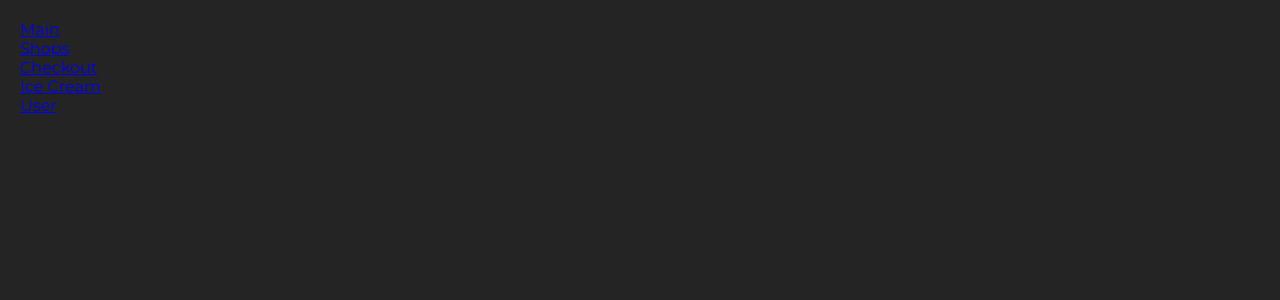
Repository: squirrellypenguin/Frozzy-React-Frontend
Page: /user
An editor plug-in stored every save of this project. The page is shown before and after the next save, followed by the edit.
The browser window is 1280 px wide. The pictures show the whole page.
The page's requests for data from a server got no answer. The project was rebuilt for these pictures with package versions that can differ from the ones it lists, and the page was loaded fresh each time. No one was signed in, and anything a server would have sent is missing. Also part of the build but not shown: src/pages/checkout.js, src/pages/icecream.js, src/pages/edituser.js, src/pages/shop.js. Imported but missing from the stored project, and not drawn on this page: src/pages/main.

Above is the page before, as saved 2021-05-25 15:24:09.

### public/index.html
<!DOCTYPE html>
<html lang="en">
  <head>
    <meta charset="utf-8" />
    <link rel="icon" href="%PUBLIC_URL%/favicon.ico" />
    <meta name="viewport" content="width=device-width, initial-scale=1" />
    <meta name="theme-color" content="#000000" />
    <meta
      name="description"
      content="Web site created using create-react-app"
    />
    <link rel="apple-touch-icon" href="%PUBLIC_URL%/logo192.png" />
    <link rel="preconnect" href="https://fonts.gstatic.com">
<link href="https://fonts.googleapis.com/css2?family=Montserrat:wght@300;400;500;600&display=swap" rel="stylesheet">
    <!--
      manifest.json provides metadata used when your web app is installed on a
      user's mobile device or desktop. See https://developers.google.com/web/fundamentals/web-app-manifest/
    -->
    <link rel="manifest" href="%PUBLIC_URL%/manifest.json" />
    <!--
      Notice the use of %PUBLIC_URL% in the tags above.
      It will be replaced with the URL of the `public` folder during the build.
      Only files inside the `public` folder can be referenced from the HTML.

      Unlike "/favicon.ico" or "favicon.ico", "%PUBLIC_URL%/favicon.ico" will
      work correctly both with client-side routing and a non-root public URL.
      Learn how to configure a non-root public URL by running `npm run build`.
    -->
    <title>React App</title>
  </head>
  <body>
    <noscript>You need to enable JavaScript to run this app.</noscript>
    <div id="root"></div>
    <!--
      This HTML file is a template.
      If you open it directly in the browser, you will see an empty page.

      You can add webfonts, meta tags, or analytics to this file.
      The build step will place the bundled scripts into the <body> tag.

      To begin the development, run `npm start` or `yarn start`.
      To create a production bundle, use `npm run build` or `yarn build`.
    -->
  </body>
</html>

### src/index.js
import React from 'react';
import ReactDOM from 'react-dom';
import './index.css';
import App from './App';
import reportWebVitals from './reportWebVitals';
import { BrowserRouter as Router} from 'react-router-dom'



ReactDOM.render(
  <Router>
    <React.StrictMode>
      <App />
    </React.StrictMode>
  </Router>,
  document.getElementById('root')
);

// If you want to start measuring performance in your app, pass a function
// to log results (for example: reportWebVitals(console.log))
// or send to an analytics endpoint. Learn more: https://bit.ly/CRA-vitals
reportWebVitals();

### src/index.css


:root {
  --main-white:  #ededed;
  --main-black: #242424;
  --main-grey: #909294;
  --main-red: #EE4540;
}
body {
  margin: 0; /* <-- Codys code */
  font-family: 'Montserrat'; /* <-- Codys code */
  /* font-family: -apple-system, BlinkMacSystemFont, 'Segoe UI', 'Roboto', 'Oxygen',
    'Ubuntu', 'Cantarell', 'Fira Sans', 'Droid Sans', 'Helvetica Neue',
    sans-serif; */
  -webkit-font-smoothing: antialiased;
  -moz-osx-font-smoothing: grayscale;
}


#main-image-container {
  /* border: 2px solid red; */
  height: 600px;
  background: var(--main-black);
  display: flex;
  justify-content: center;
  width: 100%;
  margin: 0 auto;
}

/* ----------- can delete BLACK-BACKGROUND when moved into JSX -------------- */
#black-background {
  /* border: 2px solid hotpink; */
  background: var(--main-black);
  height: 1000px;
}
/* ----------- can delete BLACK-BACKGROUND when moved into JSX -------------- */

#main-background {
  /* border: 2px solid hotpink; */
  /* height: 1500px; */
  /* transform: scale(1.3); */
}

#main-logo-container {
  /* border: 2px solid hotpink; */
  display: flex;
  justify-content: center;
  position: relative;
  bottom: 350px;
  overflow: hidden;
  width: 100%;
  transform: scale(.7);
}

#main-logo {
  /* border: 2px solid rgb(47, 226, 236); */
  transform: scale(.7);
}

#main-greeting-container {
  /* border: 2px solid red; */
  position: relative;
  bottom: 230px;
  color: var(--main-grey);
  font-family: 'Montserrat';
  font-size: .7em;
  text-align: center;
  width: 60%;
  margin: 0 auto;
}

#main-login-button-container {
  /* border: 2px solid red; */
  margin: 0 auto;
  display: flex;
  flex-direction: column;
  justify-content: center;
  width: 60%;
  position:relative;
  bottom: 200px;
}
#main-login-button {
  /* border: 2px solid red; */
  /* display: flex; */
  /* justify-content: center; */
  border: none;
  height: 40px;
  border-radius: 20px;
  background: var(--main-red);
  color: var(--main-white);
  font-family: 'Montserrat';
}
#main-login-button:hover {
  background: var(--main-black);
  border: 1px solid var(--main-grey)
}

#page-container{
/* border: 2px solid red; */
background-color: var(--main-black);
/* height: 1800px; */
/* width: 100%; */
}


#ic-image-container {
  /* border: 2px solid red; */
  /* margin: 0 auto;  */
  /* width: 100vw;  */
  /* overflow: hidden; */
}

#ic-photo {
  /* border: 2px solid red; */
  width: 100%;
  height: auto;
  background-image: cover;
}

.fav-icon {
  /* border: 2px solid red; */
  position: relative;
  bottom: 25px;
  left: 150px;
  transform: scale(1.7);
  filter: drop-shadow(0px 3px 1.5px red);
}

/* ---------------------- Middle Name/price/star section-------------------- */
#ic-name h2{
  /* border: 2px solid red; */
  margin: 0 0 0 10px;
  position: relative;
  bottom: 15px;
  width: 80%;
  color: var(--main-white);
  text-align: left;
}
#ic-stars-container{
  /* border: 2px solid red; */
  width: 100%;
  /* margin: 0; */
  padding: 0 0 0 6px;
  position: relative;
  bottom: 17px;
}
#ic-stars {
  /* border: 2px solid hotpink; */
  text-align: left;
}

#ic-stars img {
  /* border: 2px solid hotpink; */
  transform: scale(.7);

}
#ic-stars img:hover {
  transform: scale(.85);
}

#ic-price {
  /* border: 2px solid red; */
  color: var(--main-white);
  width: 150px;
  text-align: center;
  position: relative;
  left: 210px;
  bottom: 40px;
}

/* ---------------------- Middle Description area-------------------- */
#ic-description-container {
  /* border: 2px solid red; */
  width: 90%;
  margin: 0 auto;
  padding-bottom:15px;
  text-align: left;
  position: relative;
  bottom: 40px;
}

#ic-description-heading {
  /* border: 2px solid red; */
  color: var(--main-white);
}

#ic-description-copy {
  /* border: 2px solid red; */
  color: var(--main-grey);
  padding-bottom: 30px;
  border-bottom: 1px solid var(--main-grey);
}

/* ---------------------- Lower Customize area-------------------- */
#ic-customize-container {
  /* border: 2px solid red; */
  width: 90%;
  height: 200px;
  margin: 0 auto;
  padding-bottom:15px;
}

#ic-customize-heading {
  /* border: 2px solid red; */
  width: 90%;
  margin: 0;
  color: var(--main-white);
  margin-bottom: 20px;
  text-align: left;
}

#ic-customize-dropdown-container {
  /* border: 2px solid red;  */
}

 .ic-customize-dropdown {
   /* border: 2px solid red; */
   display: block;
   width: 100%;
   height: 50px;
   color: var(--main-grey);
   text-align: center;
   font-size: 1em;
   border-radius: 5px;
   background-color: var(--main-white);
   margin: 10px 0 10px 0;
   font-family: 'Montserrat';
 }
 .ic-customize-dropdown:hover {
 background: var(--main-black);
}

### src/App.js
import { Switch,Route } from 'react-router-dom';
import './App.css';
import Checkout from './pages/checkout'
import Main from './pages/main'
import Creem from './pages/icecream'
import User from './pages/user'
import Shop from './pages/shop'
import Nav from './components/nav'
import React from 'react';
import Edituser from './pages/edituser'


function App() {
  const url = "https://frozzybe.herokuapp.com"

  // State that will hold shops
  const [shops, setShops] = React.useState([])
  // State to hold ice cream flavors
  const [creems, setCreems] = React.useState([])
  const [edit, setEdit] = React.useState()

  const selectedEdit = (user) => {
    setEdit(user)
  }


  let [users, setUsers] = React.useState([])
  const getUsers = async () => {
    const response = await fetch(url + "/user");
    console.log(response)
    const data = await response.json();
   console.log("read for this", data)
    setUsers(data)
  };


  const deleteUser = (user) => {
    fetch(url + "/user/" + user._id, {
      method: "delete"
    })
    .then(() => {
      getUsers()
    })
  }
  //state to hold ratings
  const [ratings, setRatings] = React.useState([])

  // variable to hold to Empty flavor
  const emptyCreem = {
    rating: [],
    name: "",
    img:  "",
    story: "",
    cost: 0,
  }


  //empty rating variable
  const emptyRating = {
    rating: 0
  }




  // state that represents selected flavor
  const [selectedCreem, setSelectedCreem] = React.useState(emptyCreem)
const [cart, setCart] = React.useState([])
  // state for rating
  const [selectedRating, setselectedRating] = React.useState(emptyRating)

  const selectCart = (creem, index) => {
    console.log("lifted State", creem)
    setCart([...cart, creem])
  //  handleRatingUpdate(rating, id)
  }

  const removeFromCart = (pos) => {
    console.log("pos",pos)
    const updatedCart = cart.filter((flavor, index) => index !== pos)
    setCart(updatedCart)
  }

  // function that will get all the flavors
  const getCreems = () => {
    fetch(url + "/creem/")
    .then((response) => response.json())
    .then((data) => {
      setCreems(data)
    })
  }



  // function to get all shops
  const getShops = () => {
    fetch(url + "/store/")
    .then((response) => response.json())
    .then((data) => {
      setShops(data)
    })
  }

  // function to get ratings
  const getRating = () => {
    fetch(url + "/creem" + "/rating")
    .then((response) => response.json())
    .then((data) => {
      setRatings(data)
      console.log("ratings", setRatings)
    })
  }

  //useEffect to get shop data
  React.useEffect(() =>{
    getShops()
    getUsers();
  }, [])

  //useEffect to get the flavor data right away
  React.useEffect(() => {
    getCreems()
  }, [])

  // handleCreate function for form submission of
 const handleCreate = (newCreem) => {
    fetch(url + "/creem/", {
      method: "POST",
      headers: {
        "Content-type": "application/json"
      },
      body: JSON.stringify(newCreem)
    })
    .then(() => getCreems())
  }

  // handleUpdate function for when edit form is sumbitted
  const handleUpdate = (creem) => {
    fetch(url + "/creem/" + creem, {
      method: "PUT",
      headers: {
        "Content-Type": "application/json"
      },
      body: JSON.stringify(creem)
    })
    .then(() => getCreems())
  }

  const handleEdit = (user) => {
    fetch(url + "/user/" + user._id, {
      method: "PUT",
      headers: {
        "Content-Type": "application/json"
      },
      body: JSON.stringify(user)
    })
    .then(() => getUsers())
  }


  // handleUpdate function for form submission on rating
  const handleRatingUpdate = (rating, id) => {
    let body = { rating: rating}
    fetch(url + "/creem/rating/" + id, {
      method: "PUT",
      headers: {
        "Content-Type":"application/json"
      },
      body: JSON.stringify(body)
    })
    .then(() => getRating())
  }

  // function to specifiy the flavor being updated
  const selectCreem = (creem) => {
    setSelectedCreem(creem)
  }


  //function to specify which rating is being updated
  const selectRating = (rating, id) => {
    console.log("lifted State")
    console.log(id, rating)
   handleRatingUpdate(rating, id)
  }

  // function to delete individual flavors
  const deleteCreem = (creem) => {
    fetch(url + "/creem/" + creem._id, {
      method: "delete"
    })
    .then(() => {
      getCreems()
    })
  }

  return (
    <div className="App">
      <Nav />
      <Switch>
        <Route exact path="/" render={(rp) =>
          <Main
          {...rp}
          shops={shops}
           />} />
        <Route exact path="/shop" render={(rp) =>
          <Shop
          {...rp}
          shops={shops}
          />} />
        <Route path="/checkout" render={(rp) =>
          <Checkout
          {...rp}
          cart={cart}
          creem={creems}
          selectedCreem={selectedCreem}
          removeFromCart={removeFromCart}
          handleSubmit={handleUpdate}
          deleteCreem={deleteCreem}
          selectCreem={selectCreem}
          />} />

         <Route exact path="/icecream" render={(rp) =>
          <Creem
          {...rp}
          handleRatingSubmit={handleRatingUpdate}
          selectRating={selectRating}
          selectCart={selectCart}
          creems={creems}
          // selectedRating={selectedRating}
          handleSubmit={handleUpdate}
          // selectRating={selectRating}

          />} />

<Route exact path="/user" render={(rp) =>
          <User  {...rp} users={users}    selectedEdit={selectedEdit}    deleteUser={deleteUser}   />

} />
    <Route
            exact
            path="/edit"
            render={(rp) => (
              <Edituser
              {...rp}
              label="update"
              user={edit}

              handleSubmit={handleEdit} />
            )}
          />
      </Switch>
    </div>
  )
}

export default App;

### src/App.css
body {

  background-color: #242424;
}

.App-logo {
  height: 40vmin;
  pointer-events: none;
}

@media (prefers-reduced-motion: no-preference) {
  .App-logo {
    animation: App-logo-spin infinite 20s linear;
  }
}

.App-header {
  background-color: #282c34;
  min-height: 100vh;
  display: flex;
  flex-direction: column;
  align-items: center;
  justify-content: center;
  font-size: calc(10px + 2vmin);
  color: white;
}

.App-link {
  color: #61dafb;
}

@keyframes App-logo-spin {
  from {
    transform: rotate(0deg);
  }
  to {
    transform: rotate(360deg);
  }
}
/* // Sample code suplpied from  */
/* // https://codepen.io/jamesbarnett/pen/vlpkh */

@import url(//netdna.bootstrapcdn.com/font-awesome/3.2.1/css/font-awesome.css);

fieldset, label { margin: 0; padding: 0; }
body{ margin: 20px; }
h1 { font-size: 1.5em; margin: 10px; }

/****** Style Star Rating Widget *****/

.rating {
  border: none;
  float: left;
}

.rating > input { display: none; }
.rating > label:before {
  margin: 5px;
  font-size: 1.25em;
  font-family: FontAwesome;
  display: inline-block;
  content: "\f005";
}

.rating > .half:before {
  content: "\f089";
  position: absolute;
}

.rating > label {
  color: #ddd;
 float: right;
}

/***** CSS Magic to Highlight Stars on Hover *****/

.rating > input:checked ~ label, /* show gold star when clicked */
.rating:not(:checked) > label:hover, /* hover current star */
.rating:not(:checked) > label:hover ~ label { color: #FFD700;  } /* hover previous stars in list */

.rating > input:checked + label:hover, /* hover current star when changing rating */
.rating > input:checked ~ label:hover,
.rating > label:hover ~ input:checked ~ label, /* lighten current selection */
.rating > input:checked ~ label:hover ~ label { color: #FFED85;  }


/* USer forms */


.container {
  display: grid;

}

.form {
  list-style: none;
}

.form-header {
  color: #EE4540;
  text-shadow: rgb(237, 237, 237, .35) 0px 0px .5px,   rgb(237, 237, 237, .35) 0px 0px .5px,   rgb(237, 237, 237, .35) 0px 0px .5px,
             rgb(237, 237, 237, .35) 0px 0px .5px,   rgb(237, 237, 237, .35) 0px 0px .5px,   rgb(237, 237, 237, .35) 0px 0px .5px;
}

.form li {
  padding-bottom: 10px;

}

.form li input {
  border: none;
  border-bottom: 2px solid #EE4540;

  color: #ededed;
  background: -webkit-linear-gradient(360deg ,#1c1c1c 0%, #494949 175%);
  background: -moz-linear-gradient(360deg, #1c1c1c 0%, #494949 175%);
  background: linear-gradient(360deg, #1c1c1c 0%, #494949 175%);
}

### src/pages/user.js
import React from "react";
import {useEffect} from "react"
import {useState} from "react"
import Edituser from './edituser'
import { Switch,Route } from 'react-router-dom';

const User = (props) => {

//   let shops =props.shops
  // handleUpdate function for when edit form is sumbitted

console.log(props.users)
  let user = props.users.map((user, index) => {
     console.log(user.lastname);

    return (
      <div  key={index}>
        {/* <img src={hero.images.sm} alt="small-profile-picture" /> */}
        <div className="small-container">
        <h2>{user.user} User {index + 1} {user.first} {user.last}</h2>

          <h3>{user.phone}</h3>
          <h3>{user.email}</h3>
          <h3>{user.address} {user.city}</h3>
          <h3>{user.state} {user.zip}</h3>
          <button id="edit" onClick={() => {
            props.selectedEdit(user)
            props.history.push("/edit")
          }}>Edit</button>

        <button id="delete"onClick={() => {
            props.deleteUser(user)
          }}>
            Delete
          </button>
        </div>
      </div>
    );
  });
  return (
    <div>

   {user} </div>
  )
};

export default User;

### src/components/nav.js
import React from 'react';
import { Link } from 'react-router-dom';

const Nav = (props) => {
    return(
        <div>
            <Link to="/">
                <div>Main</div>
            </Link>
            <Link to="/shop">
                <div>Shops</div>
            </Link>
            <Link to="/checkout">
                <div>Checkout</div>
            </Link>
            <Link to="/icecream">
                <div>Ice Cream</div>
            </Link>
            <Link to="/user">
                <div>User</div>
            </Link>
        </div>
    )
}

export default Nav

Loaded but not shown: src/reportWebVitals.js (common file)

After the next save:
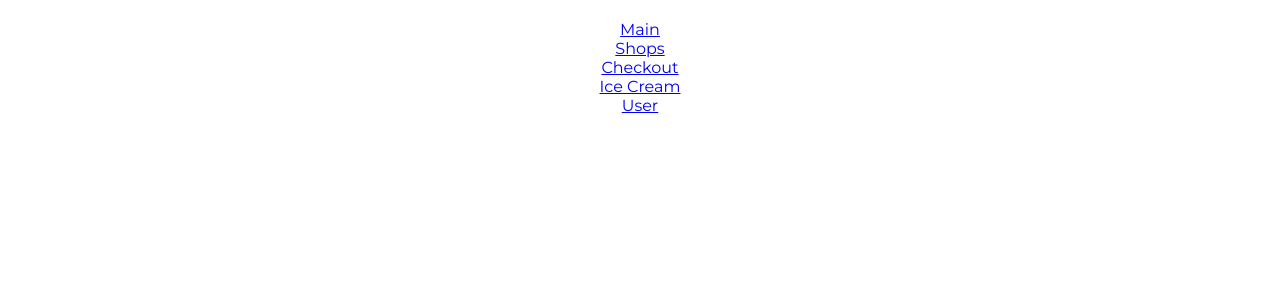
Saved 53 s later.
--- a/src/App.css
+++ b/src/App.css
@@ -1,6 +1,6 @@
-body {
+.App {
+  text-align: center;
 
-  background-color: #242424;
 }
 
 .App-logo {

After the save that followed:
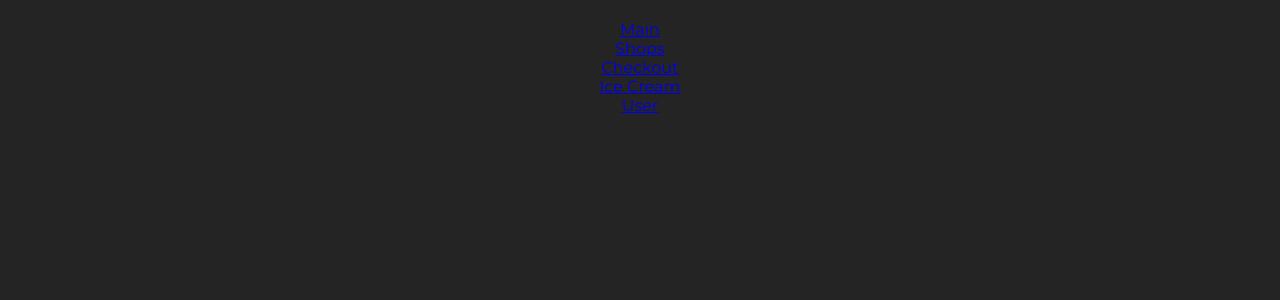
Saved 8 s later.
--- a/src/App.css
+++ b/src/App.css
@@ -1,4 +1,7 @@
-.App {
+
+body {
+  background-color: #242424;
+}.App {
   text-align: center;
 
 }
